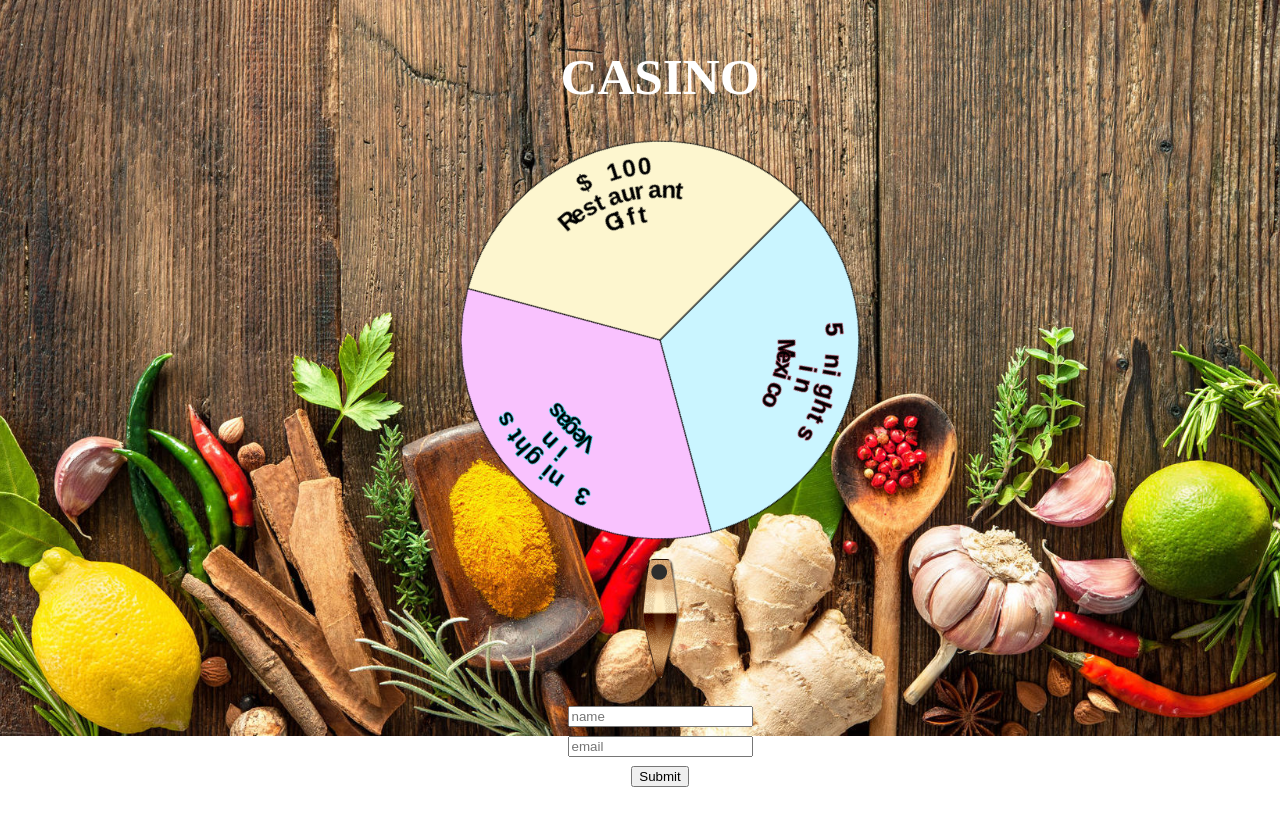
Repository: 43320888/upwork
Page: index.html
An editor plug-in stored every save of this project. The page is shown before and after the next save, followed by the edit.
The browser window is 1280 px wide. The pictures show the whole page.

Above is the page before, as saved 2019-01-16 21:52:53.

### index.html
<!DOCTYPE html>
<html lang="en">
<head>
	<meta charset="UTF-8">
	<meta name="viewport" content="width=device-width, initial-scale=1.0">
	<meta http-equiv="X-UA-Compatible" content="ie=edge">
	<link rel="stylesheet" href="style.css">
	<script src="Winwheel.min.js"></script>
	<title>Spin wheel</title>
</head>
<body class="spin-table">
	<div><ul>
	<li><h1>CASINO</h1></li>
	<li><div class="spin-table-container">
		<canvas id="canvas3" width="400" height="400">Canvas not supported, please user another browser.</canvas>
		<img id="prizePointer" src="images/pin.png" alt="V" />
	</div></li>
	<li><script src="script.js"></script></li>
	<li><input type="text" placeholder="name"></li>
	<li><input type="text" placeholder="email"></li>
	<li><input type="submit" placeholder="submit"></li>
	</ul></div>
</body>
</html>

### style.css
.spin-table {
	background-image: url(images/Covers.jpg);
	background-position: center center;
	background-repeat: no-repeat;
	background-size: cover;
	color: white;
	font-size: 1.6em
}
.spin-table > div {
	margin-left: 50%;
	transform: translateX(-50%);
	text-align: center;
	display: inline-block;
}
.spin-table li {
	list-style-type: none;
}
.spin-table-container {
	position: relative;
	width: 400px;
}

.spin-table canvas {
	-webkit-animation-name: spin;
	-webkit-animation-duration: 40000ms;
	-webkit-animation-iteration-count: infinite;
	-webkit-animation-timing-function: linear;
	-moz-animation-name: spin;
	-moz-animation-duration: 40000ms;
	-moz-animation-iteration-count: infinite;
	-moz-animation-timing-function: linear;
	-ms-animation-name: spin;
	-ms-animation-duration: 40000ms;
	-ms-animation-iteration-count: infinite;
	-ms-animation-timing-function: linear;
	-o-transition: rotate(3600deg);
}
@-moz-keyframes spin {
	from { -moz-transform: rotate(0deg); }
	to { -moz-transform: rotate(360deg); }
    }
    @-webkit-keyframes spin {
	from { -webkit-transform: rotate(0deg); }
	to { -webkit-transform: rotate(360deg); }
    }
    @keyframes spin {
	from {transform:rotate(0deg);}
	to {transform:rotate(360deg);}
    }

### script.js
/* eslint-disable quote-props */
// eslint-disable-next-line no-unused-vars, no-undef
const theWheel3 = new Winwheel({
	'canvasId': 'canvas3',
	'numSegments': 3,
	'textAlignment': 'outer',
	'textFontWeight': 'bold',
	'textFontSize': '24',
	'textOrientation': 'curved',
	'segments': [
		{ 'textStrokeStyle': 'rgb(200, 50, 75)', 'fillStyle': '#caf5ff', 'text': '5 nights\n in \nMexico' },
		{ 'textStrokeStyle' : 'aqua', 'fillStyle': '#f9c2fe', 'text': '3 nights\nin\nVegas' },
		{ 'fillStyle': '#fdf6cf', 'text': '$ 100\nRestaurant\nGift' },
	],
});

function alignContent() {
	document.getElementsByClassName('spin-table')[0].style.height = `${document.documentElement.clientHeight}px`;
	document.getElementsByClassName('spin-table')[0].firstElementChild.style.marginTop = `${document.getElementsByClassName('spin-table')[0].clientHeight / 2 - document.getElementsByClassName('spin-table')[0].firstElementChild.clientHeight / 2}px`;
}
alignContent();
window.onresize = alignContent;

Loaded but not shown: Winwheel.min.js (library)

After the next save:
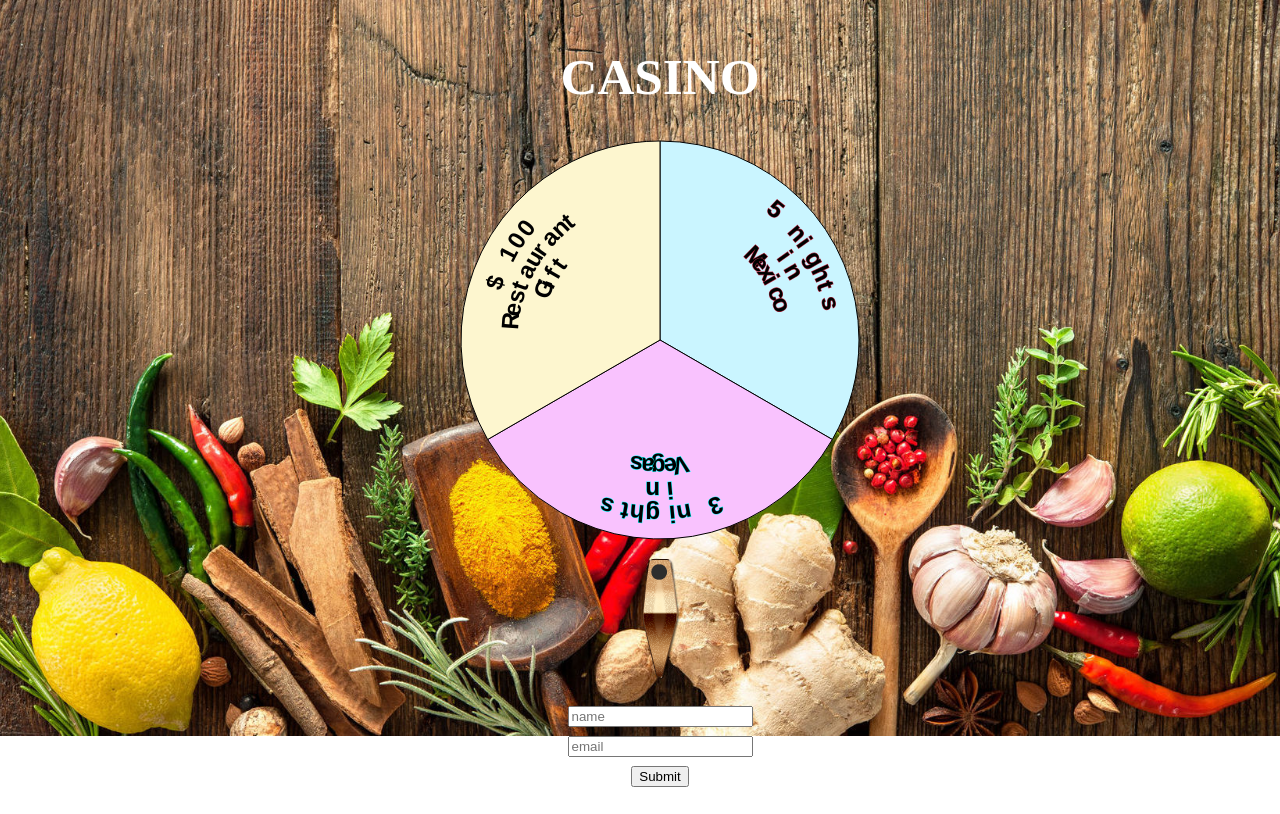
Saved 35 s later.
--- a/style.css
+++ b/style.css
@@ -19,6 +19,7 @@
 	position: relative;
 	width: 400px;
 }
+#pr
 
 .spin-table canvas {
 	-webkit-animation-name: spin;

After the save that followed:
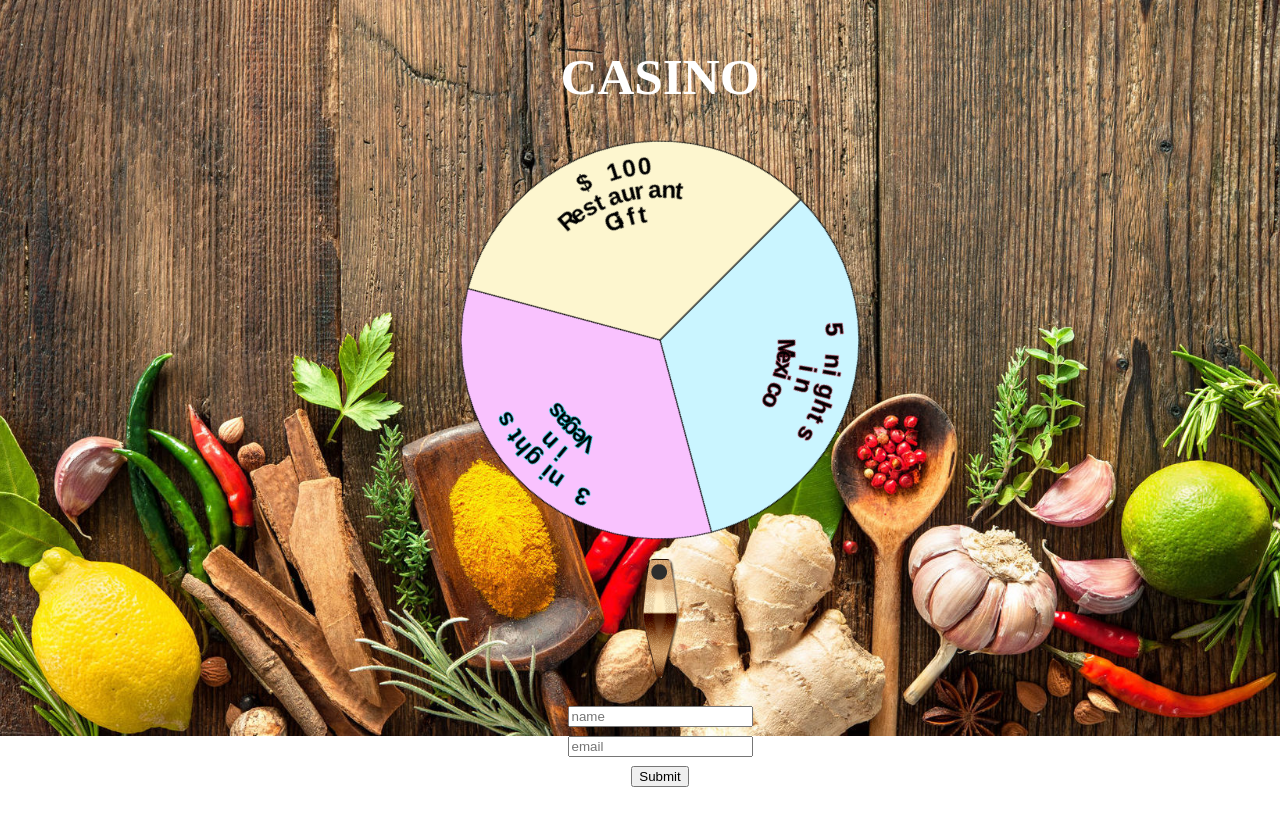
Saved 16 s later.
--- a/style.css
+++ b/style.css
@@ -19,7 +19,12 @@
 	position: relative;
 	width: 400px;
 }
-#pr
+#price-pointer {
+	position: absolute;
+    left: 125px;
+    top: 10px;
+    z-index: 999;
+}
 
 .spin-table canvas {
 	-webkit-animation-name: spin;
